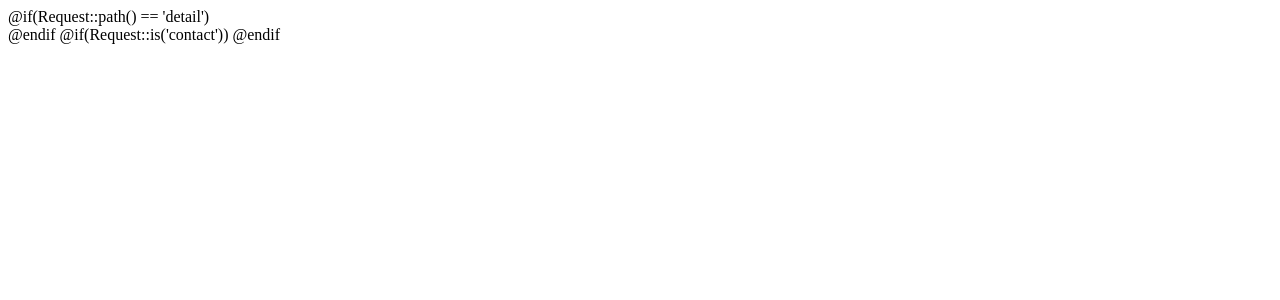
Repository: ultrasad/laravelnew
Page: resources/views/includes/foot.blade.php
The author's editor kept a copy of each file at every save. The page is drawn from the files as they stood at one save, then again after the next save.
The browser window is 1280 px wide. The pictures show the whole page.
The page is served by the project's Laravel application, run on PHP 8.4 with Laravel 8.

Above is the page before, as saved 2019-08-23 18:30:00.
Console error: ReferenceError: app_id is not defined

After the next save:
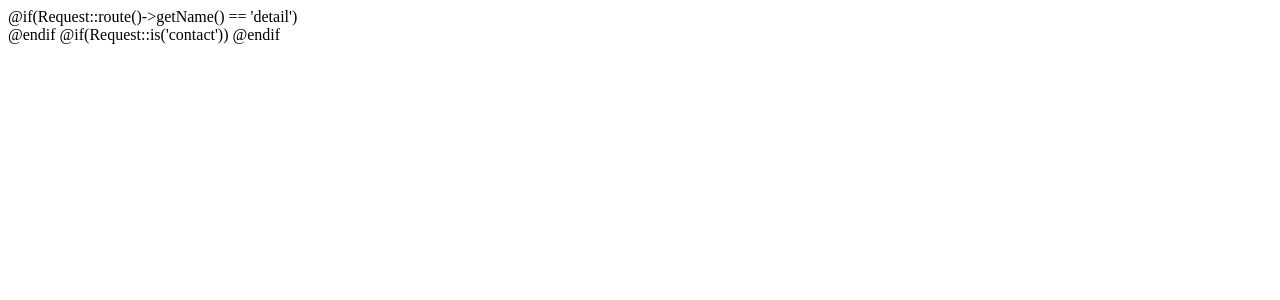
Saved 93 s later.
--- a/resources/views/includes/foot.blade.php
+++ b/resources/views/includes/foot.blade.php
@@ -1,4 +1,4 @@
-@if(Request::path() == 'detail')
+@if(Request::route()->getName() == 'detail')
 <div id="fb-root"></div>
 <script>(function(d, s, id) {
   var js, fjs = d.getElementsByTagName(s)[0];
